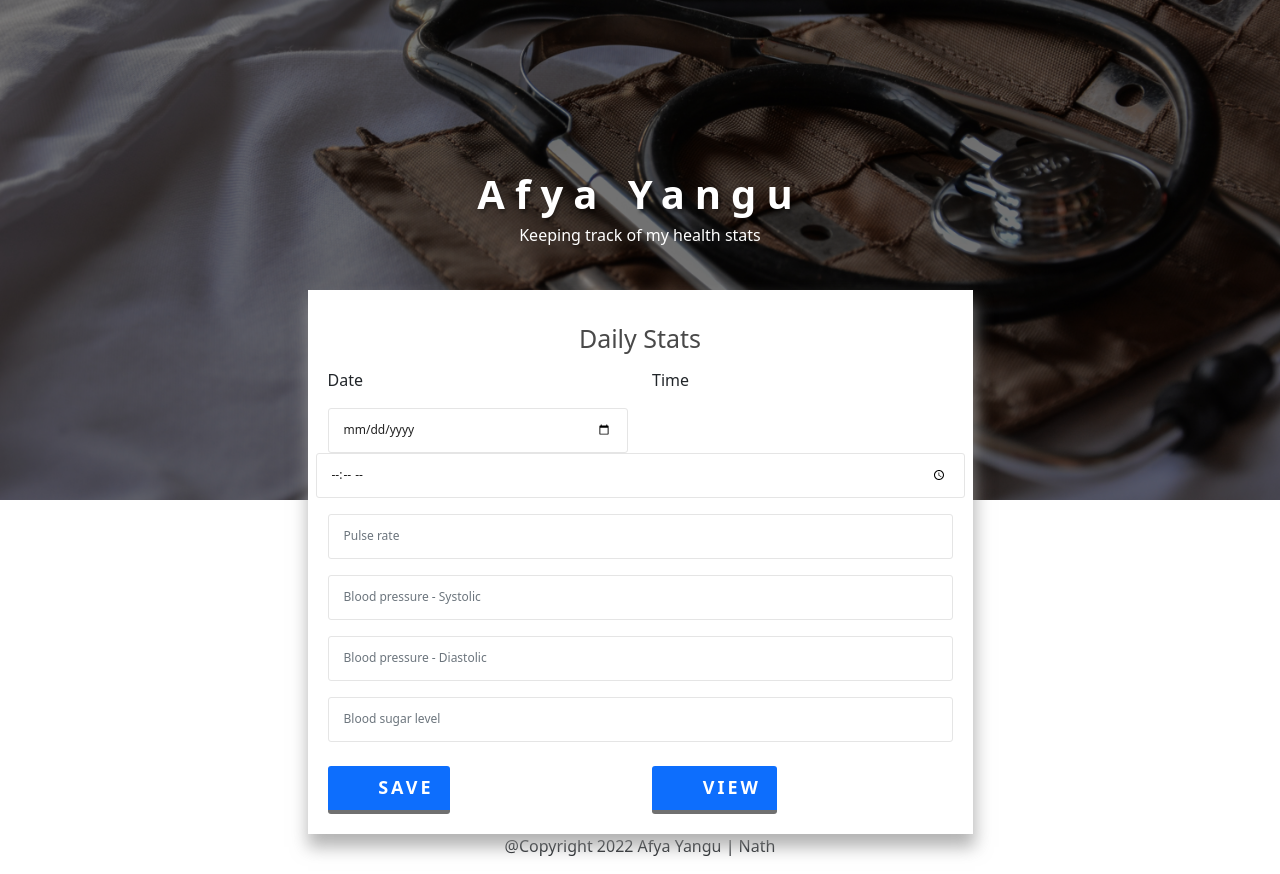
Repository: nashthecoder/afya_yangu
Page: /
An editor plug-in stored every save of this project. The page is shown before and after the next save, followed by the edit.
The browser window is 1280 px wide. The pictures show the whole page.
The project was rebuilt for these pictures with package versions that can differ from the ones it lists, and the page was loaded fresh each time.

Above is the page before, as saved 2022-02-27 16:01:58.

After the next save:
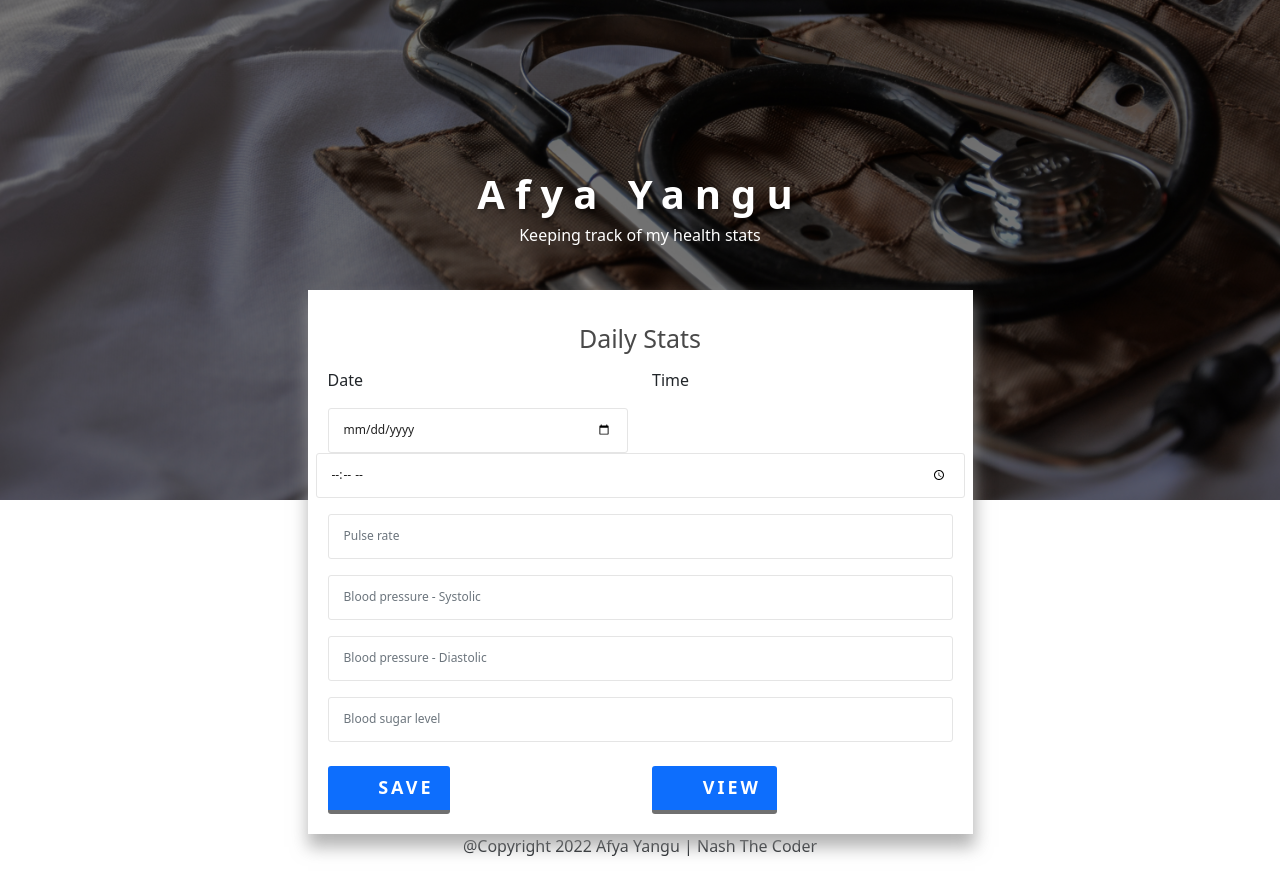
Saved 1 s later.
--- a/src/components/Footer.js
+++ b/src/components/Footer.js
@@ -4,7 +4,7 @@ const Footer = () => {
     return (
         <>
         <div>
-            <p className="footer text-center">@Copyright 2022 Afya Yangu | Nath</p>
+            <p className="footer text-center">@Copyright 2022 Afya Yangu | Nash The Coder</p>
         </div>
         </>
     )
